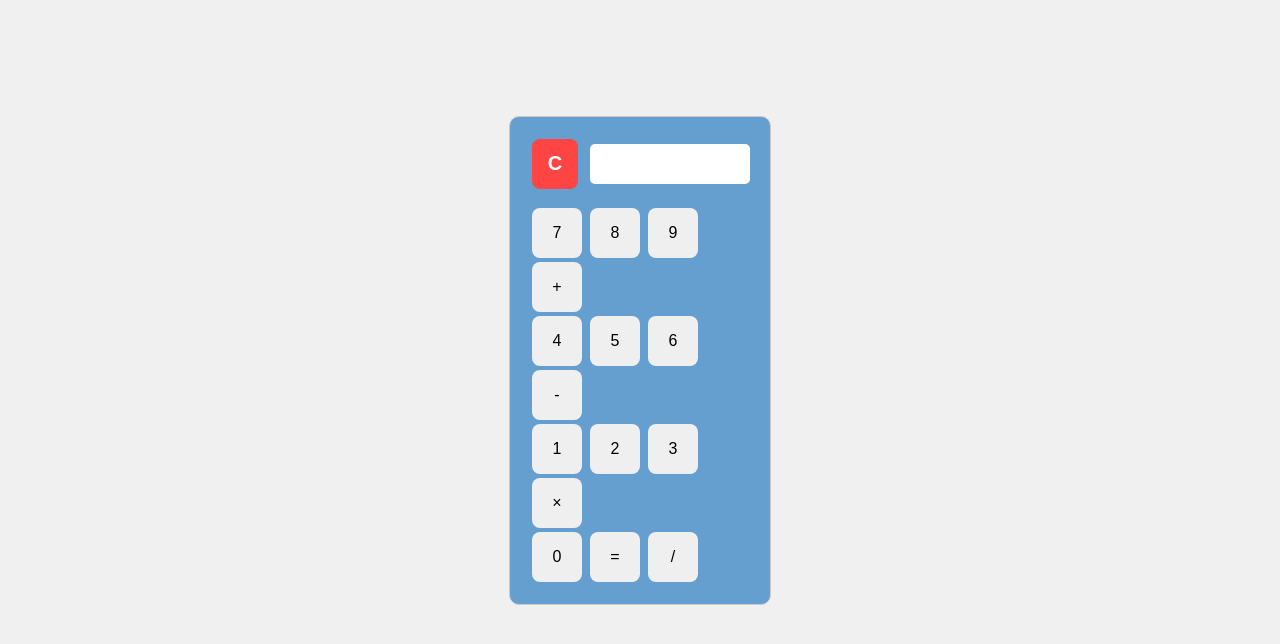
Repository: Burnmyheart/calculator
Page: index.html
The author's editor kept a copy of each file at every save. The page is drawn from the files as they stood at one save, then again after the next save.
The browser window is 1280 px wide. The pictures show the whole page.

Above is the page before, as saved 2025-04-28 22:39:12.

After the next save:
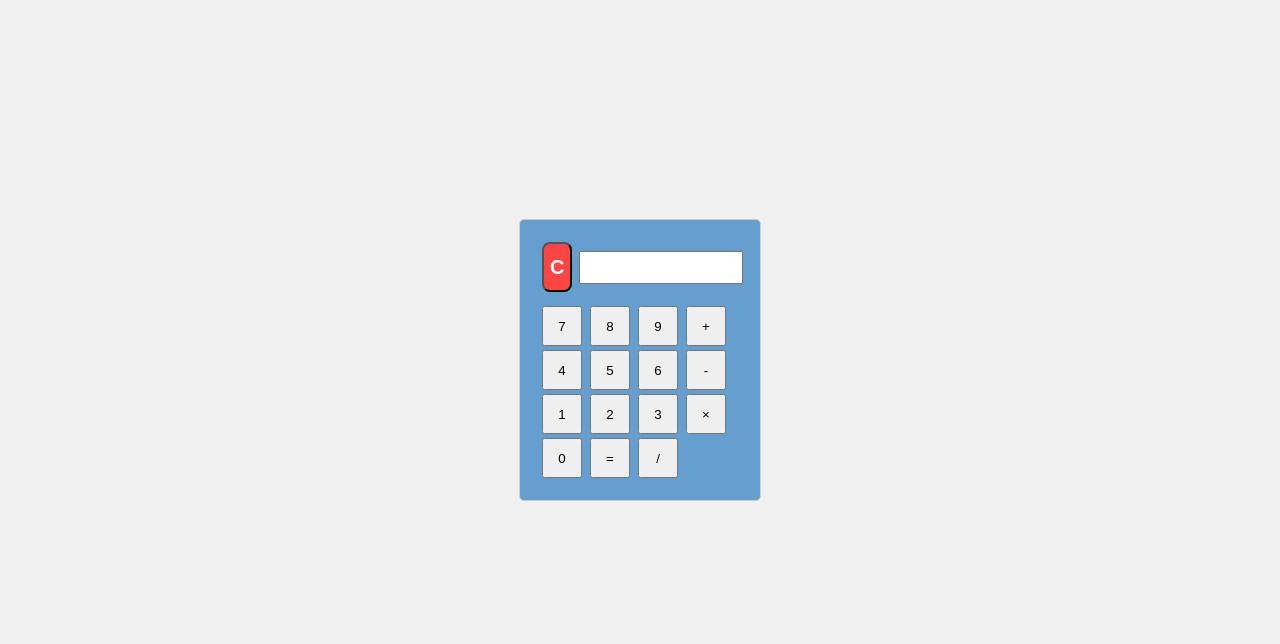
Saved 45 s later.
--- a/style.css
+++ b/style.css
@@ -12,35 +12,28 @@ body {
   background-color: #649fcf;
   padding: 20px;
   border: 1px solid #ccc;
-  border-radius: 10px;
-  width: 220px;
+  border-radius: 5px;
+  width: 200px;
 }
 
 .display-container {
-  margin-bottom: 15px;
+  margin-bottom: 10px;
   display: flex;
   align-items: center;
-  gap: 10px;
 }
 
 #display {
   width: 150px;
-  height: 30px;
-  padding: 5px;
+  height: 25px;
+  margin-left: 5px;
+  padding: 2px 5px;
   text-align: right;
-  border-radius: 5px;
-  border: none;
-  font-size: 16px;
 }
 
 button {
-  width: 50px;
-  height: 50px;
+  width: 40px;
+  height: 40px;
   margin: 2px;
-  border: none;
-  border-radius: 8px;
-  cursor: pointer;
-  font-size: 16px;
 }
 
 .clear {
@@ -50,4 +43,5 @@ button {
   height: 50px;
   font-size: 20px;
   font-weight: bold;
+  border-radius: 8px;
 }
